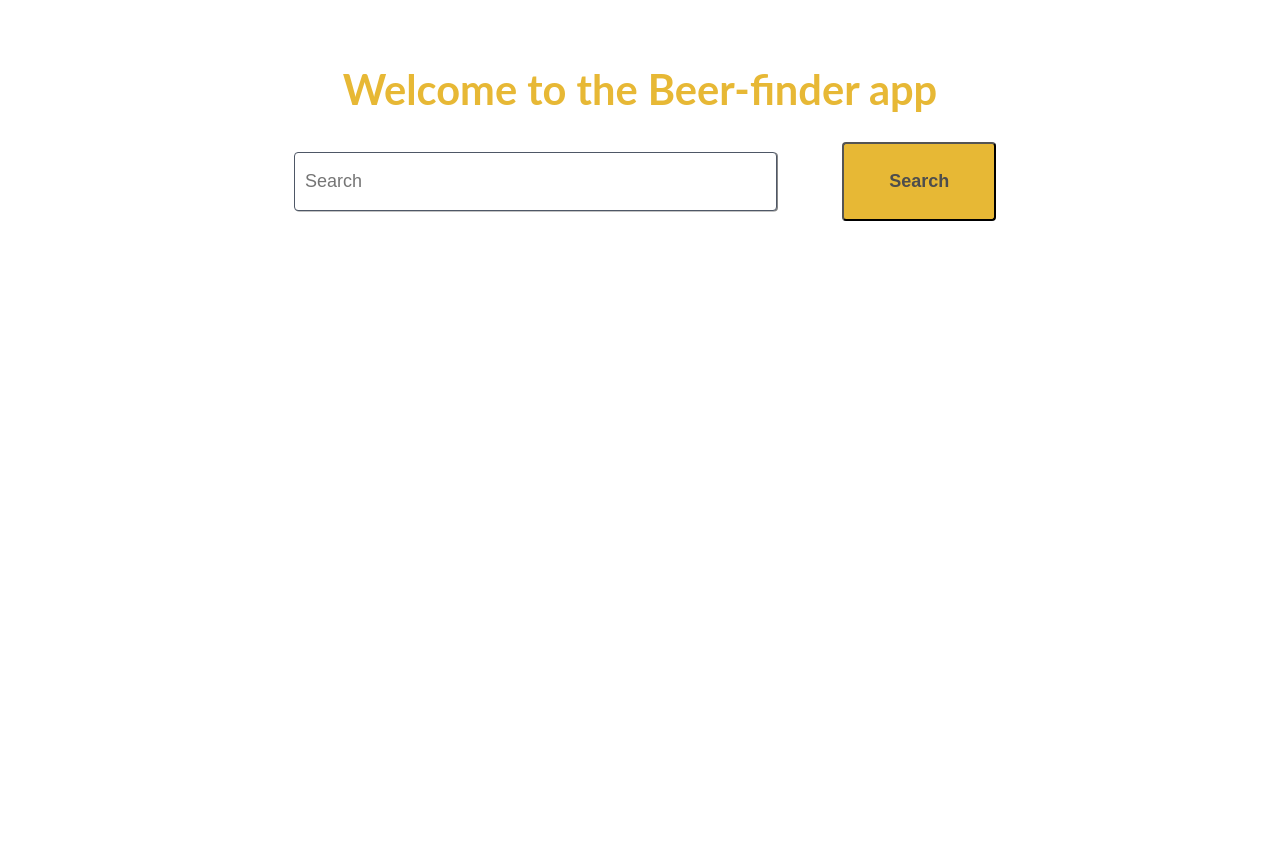
Repository: marcinszymaszek/beer-finder
Page: /
The author's editor kept a copy of each file at every save. The page is drawn from the files as they stood at one save, then again after the next save.
The browser window is 1280 px wide. The pictures show the whole page.
The project was rebuilt for these pictures with package versions that can differ from the ones it lists, and the page was loaded fresh each time.

Above is the page before, as saved 2020-05-10 20:40:30.

After the next save:
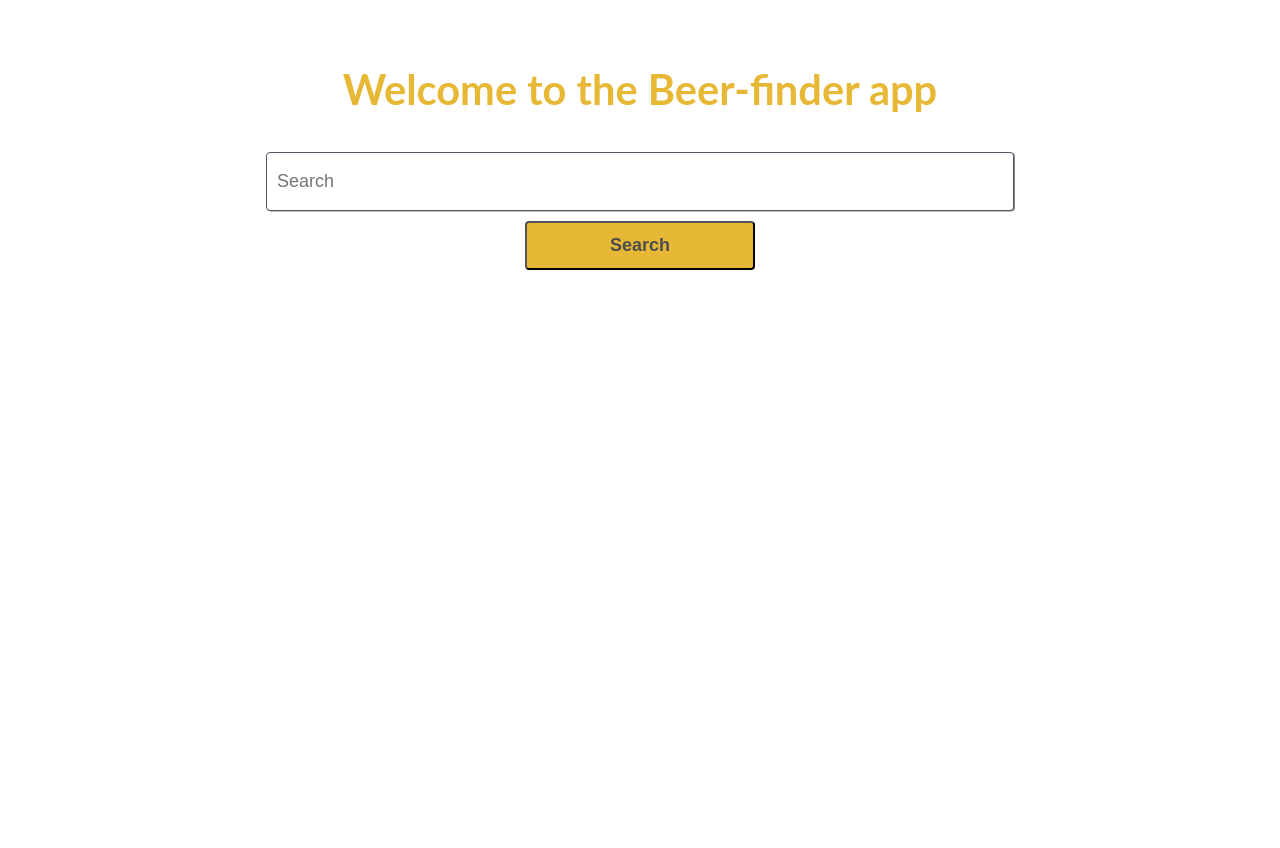
Saved 46 s later.
--- a/src/components/search/Search.css
+++ b/src/components/search/Search.css
@@ -7,7 +7,7 @@
 }
 
 input {
-    width: 60%;
+    width: 100%;
     margin: 10px;
     padding: 18px 10px;
     border-radius: 4px;
@@ -18,7 +18,7 @@ input {
 
     button {
         padding: 12px 10px;
-        width: 20%;
+        width: 30%;
         border-radius: 4px;
         background-color: #e7b835;
         color: #4d4d4d;
